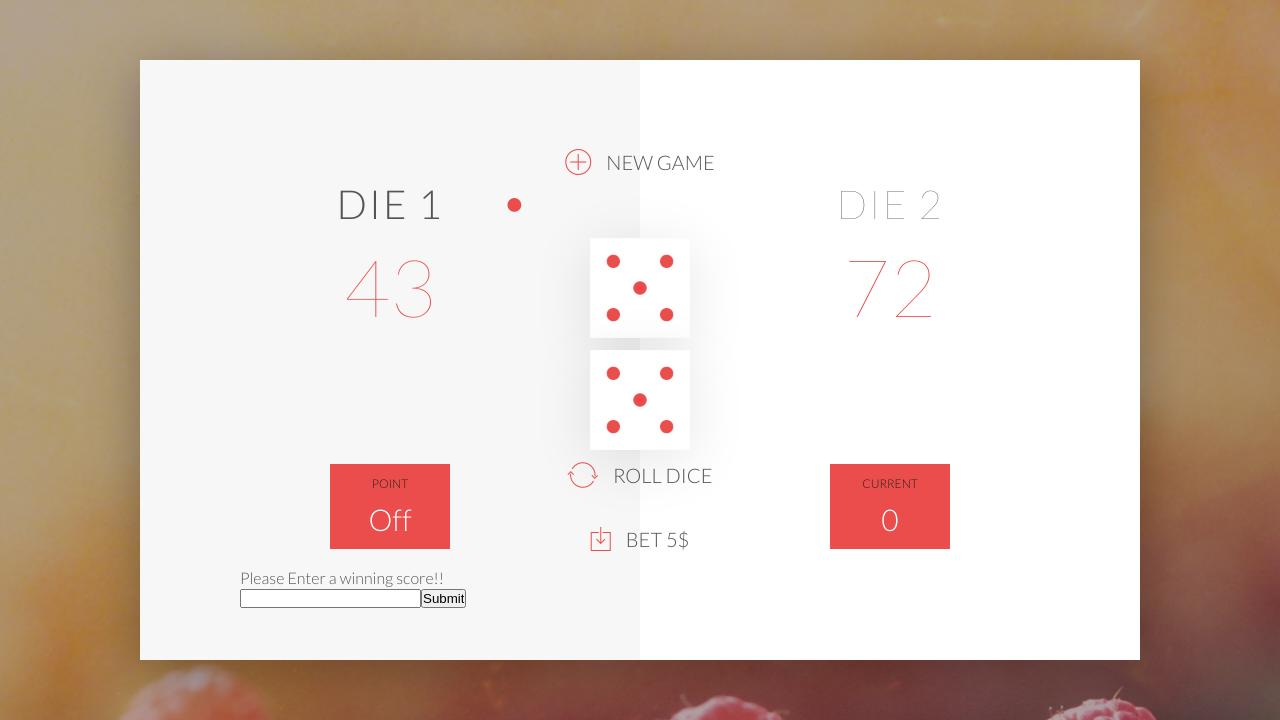
Repository: rmcc0724/html_challenge
Page: Craps/index.html
The author's editor kept a record of every edit. The page is drawn from the files as they stood at one moment, then again after the next edit.
The browser window is 1280 px wide. The pictures show the whole page.

Above is the page before.

After the next edit:
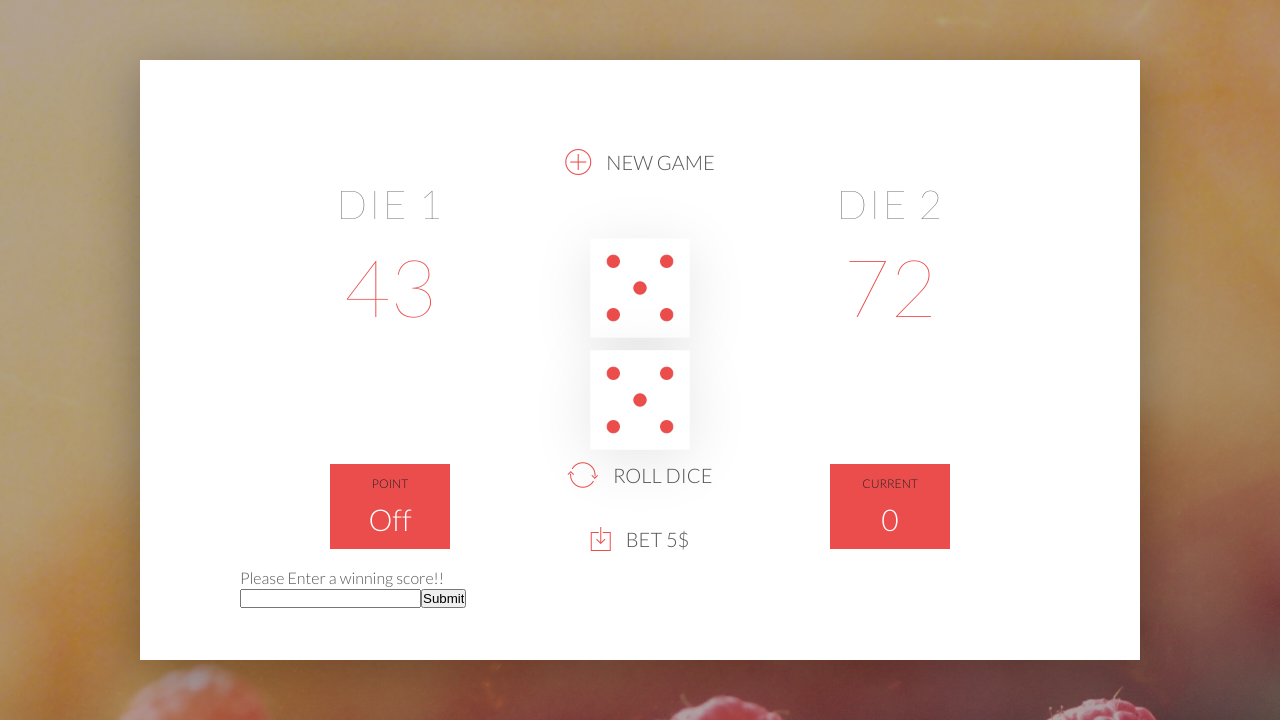
The edit:
--- a/Craps/index.html
+++ b/Craps/index.html
@@ -13,7 +13,7 @@
 <body>
     <div class="wrapper clearfix">
 
-        <div class="player-0-panel active">
+        <div class="player-0-panel">
 
             <div class="player-name" id="name-0">Die 1</div>
             <div class="player-score" id="score-0">43</div>
